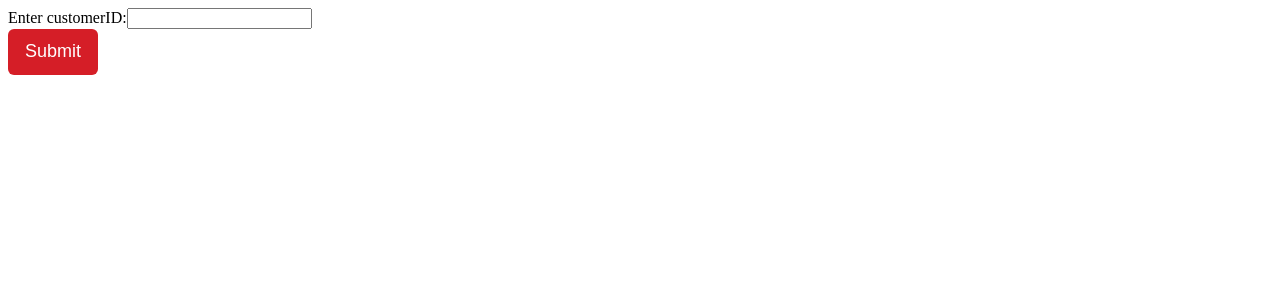
Repository: suma94/MyProjects
Page: http://localhost/SelfServiceSales/SuspendRestore.jsp
The author's editor kept a copy of each file at every save. The page is drawn from the files as they stood at one save, then again after the next save.
The browser window is 1280 px wide. The pictures show the whole page.
The page is served by Tomcat 9. Other server files are loaded and not shown.

Above is the page before, as saved 2015-08-26 04:49:31.

### SelfServiceSales/WebContent/SuspendRestore.jsp
<%@ page language="java" contentType="text/html; charset=ISO-8859-1"
    pageEncoding="ISO-8859-1"%>
<!DOCTYPE html PUBLIC "-//W3C//DTD HTML 4.01 Transitional//EN" "http://www.w3.org/TR/html4/loose.dtd">
<html>
<head>
<meta http-equiv="Content-Type" content="text/html; charset=ISO-8859-1">
<link rel="stylesheet" type="text/css" href="styles.css">
<title>Insert title here</title>
</head>
<body>
<form action="Suspend" method="post">
Enter customerID:<input type="text" name="customerID"><br>
<input type="submit"  value="Submit"name="Suspend" class="vzbtn">
</form>
</body>
</html>

### SelfServiceSales/WebContent/styles.css
.vz-standard-font
{
	font-family:arial;
}
.vzh1
{
	font-family:arial;
	font-style:bold;
	font-size:28px;
	color:#B00000;
}
.vzh2
{
	font-family:arial;
	font-style:bold;
	font-size:24px;
	color:#B00000;
}
.vzh3
{
	font-family:arial;
	font-style:bold;
	font-size:21.33px;
	color:#333333;
}
.vzh4
{
	font-family:arial;
	font-style:bold;
	font-size:18.66px;
	color:#333333;

}
.vzh5
{
	font-family:arial;
	font-style:bold;
	font-size:16px;
	color:#333333;
}
.vzh6
{
	font-family:arial;
	font-style:bold;
	font-size:14.66px;
	color:#333333;
}
.vzred
{
	color:#ED1C24;
}
.vzdarkgrey
{
	color:#595A5D;
}
.vzgrey
{
	color:#D2D3D4;
}
.vzlightgrey
{
	color:#ECEDEE;
}
.vzsecondary1
{
	color:rgb(115,185,176);
}
.vzsecondary2
{
	color:rgb(259,223,76);
}
.vzsecondary3
{
	color:rgb(74,154,77);
}.vzsecondary4
{
	color:rgb(46,103,178);
}
.vzsecondary5
{
	color:rgb(196,159,57);
}
.vzsecondary6
{
	color:rgb(210,102,159);
}
.vzsecondary7
{
	color:rgb(127,52,131);
}
.vzsecondary8
{
	color:rgb(49,149,169);
}
a.vzlink:link {
     font-family:Arial; color:#0066CC; text-decoration:underline;
}

/* visited link */
a.vzlink:visited {
  font-family:Arial; color:#990099; text-decoration:none;

}

/* mouse over link */
a .vzlink:hover {
   font-family:Arial; color:#0066CC; text-decoration:underline;
}

/* selected link */
a.vzlink:active {
font-family:Arial; color:#B00000; text-decoration:none;
}

.vzbtn {
  -webkit-border-radius: 6;
  -moz-border-radius: 6;
 padding: 10px 16px;
font-size: 18px;
line-height: 1.33333;
border-radius: 6px;
margin-bottom: 0px;
font-weight: 400;
text-align: center;
white-space: nowrap;
vertical-align: middle;
cursor: pointer;
-moz-user-select: none;
background-image: none;
border: 1px solid transparent;

  font-family: Arial;
  color: #ffffff;

  background: #d51e27;

  text-decoration: none;
}
.vzbtn:focus {outline:0;}

.vzbtn:hover {
  text-decoration: none;
}
.vzbtnsmall {
  -webkit-border-radius: 3;
  -moz-border-radius: 3;
  padding: 5px 10px;
    padding-top: 5px;
    padding-right: 10px;
    padding-bottom: 5px;
    padding-left: 10px;
font-size: 12px;
line-height: 1.5;
border-radius: 3px;
display: inline-block;
margin-bottom: 0px;
font-weight: 400;
text-align: center;
white-space: nowrap;
vertical-align: middle;
cursor: pointer;
-moz-user-select: none;
background-image: none;
border: 1px solid transparent;

  font-family: Arial;
  color: #ffffff;

  background: #d51e27;

  text-decoration: none;
}
.vzbtnsmall:focus {outline:0;}

.vzbtnsmall:hover {
  text-decoration: none;
}
.vzbtnmedium {
	padding: 6px 12px;
margin-bottom: 0px;
font-size: 14px;
font-weight: 400;
line-height: 1.42857;
text-align: center;
white-space: nowrap;
vertical-align: middle;
cursor: pointer;
-moz-user-select: none;
background-image: none;
border: 1px solid transparent;
border-radius: 4px;
  -webkit-border-radius: 4;
  -moz-border-radius: 4;



  font-family: Arial;
  color: #ffffff;

  background: #d51e27;

  text-decoration: none;
}
.vzbtnmedium:focus {outline:0;}

.vzbtnmedium:hover {
  text-decoration: none;
}
.vzbtnxsmall {
	padding: 1px 5px;
    padding-top: 1px;
    padding-right: 5px;
    padding-bottom: 1px;
    padding-left: 5px;
font-size: 12px;
line-height: 1.5;
border-radius: 3px;
	display: inline-block;
margin-bottom: 0px;
font-weight: 400;
text-align: center;
white-space: nowrap;
vertical-align: middle;
cursor: pointer;
-moz-user-select: none;
background-image: none;
border: 1px solid transparent;

border-radius: 3px;
  -webkit-border-radius: 3;
  -moz-border-radius: 3;



  font-family: Arial;
  color: #ffffff;

  background: #d51e27;

  text-decoration: none;
}
.vzbtnxsmall:focus {outline:0;}

.vzbtnxsmall:hover {
  text-decoration: none;
}
.vzbtn1{
  -webkit-border-radius: 6;
  -moz-border-radius: 6;
 padding: 10px 16px;
font-size: 18px;
line-height: 1.33333;
border-radius: 6px;
margin-bottom: 0px;
font-weight: 400;
text-align: center;
white-space: nowrap;
vertical-align: middle;
cursor: pointer;
-moz-user-select: none;
background-image: none;
border: 1px solid transparent;

  font-family: Arial;
  color: #ffffff;

  background: #464a4f;

  text-decoration: none;
}
.vzbtn1:focus {outline:0;}

.vzbtn1:hover {
  text-decoration: none;
}
.vzbtn1small {
  -webkit-border-radius: 3;
  -moz-border-radius: 3;
  padding: 5px 10px;
    padding-top: 5px;
    padding-right: 10px;
    padding-bottom: 5px;
    padding-left: 10px;
font-size: 12px;
line-height: 1.5;
border-radius: 3px;
display: inline-block;
margin-bottom: 0px;
font-weight: 400;
text-align: center;
white-space: nowrap;
vertical-align: middle;
cursor: pointer;
-moz-user-select: none;
background-image: none;
border: 1px solid transparent;

  font-family: Arial;
  color: #ffffff;

  background: #464a4f;

  text-decoration: none;
}
.vzbtn1small:focus {outline:0;}

.vzbtn1small:hover {
  text-decoration: none;
}
.vzbtn1medium {
	padding: 6px 12px;
margin-bottom: 0px;
font-size: 14px;
font-weight: 400;
line-height: 1.42857;
text-align: center;
white-space: nowrap;
vertical-align: middle;
cursor: pointer;
-moz-user-select: none;
background-image: none;
border: 1px solid transparent;
border-radius: 4px;
  -webkit-border-radius: 4;
  -moz-border-radius: 4;



  font-family: Arial;
  color: #ffffff;

  background: #464a4f;

  text-decoration: none;
}
.vzbtn1medium:focus {outline:0;}

.vzbtn1medium:hover {
  text-decoration: none;
}
.vzbtn1xsmall {
	padding: 1px 5px;
    padding-top: 1px;
    padding-right: 5px;
    padding-bottom: 1px;
    padding-left: 5px;
font-size: 12px;
line-height: 1.5;
border-radius: 3px;
	display: inline-block;
margin-bottom: 0px;
font-weight: 400;
text-align: center;
white-space: nowrap;
vertical-align: middle;
cursor: pointer;
-moz-user-select: none;
background-image: none;
border: 1px solid transparent;

border-radius: 3px;
  -webkit-border-radius: 3;
  -moz-border-radius: 3;



  font-family: Arial;
  color: #ffffff;

  background: #464a4f;

  text-decoration: none;
}
.vzbtn1xsmall:focus {outline:0;}

.vzbtnx1small:hover {
  text-decoration: none;
}


.vzbtn2{
  -webkit-border-radius: 7;
  -moz-border-radius: 7;
  border-radius: 7px;

  font-family: Arial;
  color: #818181;
  font-size: 14px;
  background: #e3e6e5;
  padding: 10px 20px 10px 20px;
  text-decoration: none;
}
.vzbtn2:focus {outline:0;}
.vzbtn2:hover {
  text-decoration: none;
}
.vzbtn2{
  -webkit-border-radius: 6;
  -moz-border-radius: 6;
 padding: 10px 16px;
font-size: 18px;
line-height: 1.33333;
border-radius: 6px;
margin-bottom: 0px;
font-weight: 400;
text-align: center;
white-space: nowrap;
vertical-align: middle;
cursor: pointer;
-moz-user-select: none;
background-image: none;
border: 1px solid transparent;

  font-family: Arial;
  color: #ffffff;

  background: #e3e6e5;

  text-decoration: none;
}
.vzbtn2:focus {outline:0;}

.vzbtn2:hover {
  text-decoration: none;
}
.vzbtn2small {
  -webkit-border-radius: 3;
  -moz-border-radius: 3;
  padding: 5px 10px;
    padding-top: 5px;
    padding-right: 10px;
    padding-bottom: 5px;
    padding-left: 10px;
font-size: 12px;
line-height: 1.5;
border-radius: 3px;
display: inline-block;
margin-bottom: 0px;
font-weight: 400;
text-align: center;
white-space: nowrap;
vertical-align: middle;
cursor: pointer;
-moz-user-select: none;
background-image: none;
border: 1px solid transparent;

  font-family: Arial;
  color: #ffffff;

  background: #e3e6e5;

  text-decoration: none;
}
.vzbtn2small:focus {outline:0;}

.vzbtn2small:hover {
  text-decoration: none;
}
.vzbtn2medium {
	padding: 6px 12px;
margin-bottom: 0px;
font-size: 14px;
font-weight: 400;
line-height: 1.42857;
text-align: center;
white-space: nowrap;
vertical-align: middle;
cursor: pointer;
-moz-user-select: none;
background-image: none;
border: 1px solid transparent;
border-radius: 4px;
  -webkit-border-radius: 4;
  -moz-border-radius: 4;



  font-family: Arial;
  color: #ffffff;

  background: #e3e6e5;

  text-decoration: none;
}
.vzbtn2medium:focus {outline:0;}

.vzbtn2medium:hover {
  text-decoration: none;
}
.vzbtn2xsmall {
	padding: 1px 5px;
    padding-top: 1px;
    padding-right: 5px;
    padding-bottom: 1px;
    padding-left: 5px;
font-size: 12px;
line-height: 1.5;
border-radius: 3px;
	display: inline-block;
margin-bottom: 0px;
font-weight: 400;
text-align: center;
white-space: nowrap;
vertical-align: middle;
cursor: pointer;
-moz-user-select: none;
background-image: none;
border: 1px solid transparent;

border-radius: 3px;
  -webkit-border-radius: 3;
  -moz-border-radius: 3;



  font-family: Arial;
  color: #ffffff;

  background: #e3e6e5;

  text-decoration: none;
}
.vzbtn2xsmall:focus {outline:0;}

.vzbtnx2small:hover {
  text-decoration: none;
}

.vztext {
  display: inline-block;
  -webkit-box-sizing: content-box;
  -moz-box-sizing: content-box;
  box-sizing: content-box;
  padding: 10px 20px;
  border: 1px solid #b7b7b7;
  -webkit-border-radius: 3px;
  border-radius: 3px;
  font: normal 14px/normal Arial, Helvetica, sans-serif;
  color: rgba(40,40,40,1);
  -o-text-overflow: clip;
  text-overflow: clip;
  background: #ecf0f1;
  -webkit-box-shadow: 2px 2px 2px 0 rgba(0,0,0,0.2) inset;
  box-shadow: 2px 2px 2px 0 rgba(0,0,0,0.2) inset;
  text-shadow: 1px 1px 0 rgba(255,255,255,0.66) ;
  -webkit-transition: all 200ms cubic-bezier(0.42, 0, 0.58, 1);
  -moz-transition: all 200ms cubic-bezier(0.42, 0, 0.58, 1);
  -o-transition: all 200ms cubic-bezier(0.42, 0, 0.58, 1);
  transition: all 200ms cubic-bezier(0.42, 0, 0.58, 1);
}

.vztextarea
{

background:#ecf0f1;
color: rgba(40,40,40,1);
border:1px solid #DCDCDC;
border-radius:2px ;
font-size:12px ;
width: 222px ;
padding: 2px ;
box-shadow: 2px 2px 2px 0 rgba(0,0,0,0.2) inset;
-webkit-box-shadow: -2px 0px 8px #DCDCDC;
-moz-box-shadow: -2px 0px 8px #DCDCDC;
}
.vztextarea:focus, input:focus{
    outline: 0;
}
.vztable {
	margin:0px;padding:0px;
	width:100%;
	border:1px solid #000000;

	-moz-border-radius-bottomleft:6px;
	-webkit-border-bottom-left-radius:6px;
	border-bottom-left-radius:6px;

	-moz-border-radius-bottomright:6px;
	-webkit-border-bottom-right-radius:6px;
	border-bottom-right-radius:6px;

	-moz-border-radius-topright:6px;
	-webkit-border-top-right-radius:6px;
	border-top-right-radius:6px;

	-moz-border-radius-topleft:6px;
	-webkit-border-top-left-radius:6px;
	border-top-left-radius:6px;
}.vztable table{
    border-collapse: collapse;
        border-spacing: 0;
	width:100%;
	height:100%;
	margin:0px;padding:0px;
}.vztable tr:last-child td:last-child {
	-moz-border-radius-bottomright:6px;
	-webkit-border-bottom-right-radius:6px;
	border-bottom-right-radius:6px;
}
.vztable table tr:first-child td:first-child {
	-moz-border-radius-topleft:6px;
	-webkit-border-top-left-radius:6px;
	border-top-left-radius:6px;
}
.vztable table tr:first-child td:last-child {
	-moz-border-radius-topright:6px;
	-webkit-border-top-right-radius:6px;
	border-top-right-radius:6px;
}.vztable tr:last-child td:first-child{
	-moz-border-radius-bottomleft:6px;
	-webkit-border-bottom-left-radius:6px;
	border-bottom-left-radius:6px;
}.vztable tr:hover td{

}
.vztable tr:nth-child(odd){ background-color:#f3f3f5; }
.vztable tr:nth-child(even)    { background-color:#ffffff; }.vztable td{
	vertical-align:middle;


	border:1px solid #000000;
	border-width:0px 1px 1px 0px;
	text-align:center;
	padding:10px;
	font-size:13px;
	font-family:Arial;
	font-weight:normal;
	color:#000000;
}.vztable tr:last-child td{
	border-width:0px 1px 0px 0px;
}.vztable tr td:last-child{
	border-width:0px 0px 1px 0px;
}.vztable tr:last-child td:last-child{
	border-width:0px 0px 0px 0px;
}
.vztable tr:first-child td{
		background:-o-linear-gradient(bottom, #595a5d 5%, #595a5d 100%);	background:-webkit-gradient( linear, left top, left bottom, color-stop(0.05, #595a5d), color-stop(1, #595a5d) );
	background:-moz-linear-gradient( center top, #595a5d 5%, #595a5d 100% );
	filter:progid:DXImageTransform.Microsoft.gradient(startColorstr="#595a5d", endColorstr="#595a5d");	background: -o-linear-gradient(top,#595a5d,595a5d);

	background-color:#595a5d;
	border:0px solid #000000;
	text-align:center;
	border-width:0px 0px 1px 1px;
	font-size:14px;
	font-family:Arial;
	font-weight:bold;
	color:#ffffff;
}
.vztable tr:first-child:hover td{
	background:-o-linear-gradient(bottom, #595a5d 5%, #595a5d 100%);	background:-webkit-gradient( linear, left top, left bottom, color-stop(0.05, #595a5d), color-stop(1, #595a5d) );
	background:-moz-linear-gradient( center top, #595a5d 5%, #595a5d 100% );
	filter:progid:DXImageTransform.Microsoft.gradient(startColorstr="#595a5d", endColorstr="#595a5d");	background: -o-linear-gradient(top,#595a5d,595a5d);

	background-color:#595a5d;
}
.vztable tr:first-child td:first-child{
	border-width:0px 0px 1px 0px;
}
.vztable tr:first-child td:last-child{
	border-width:0px 0px 1px 1px;
}

.vztable1 {
	margin:0px;padding:0px;
	width:100%;
	border:1px solid #000000;

	-moz-border-radius-bottomleft:6px;
	-webkit-border-bottom-left-radius:6px;
	border-bottom-left-radius:6px;

	-moz-border-radius-bottomright:6px;
	-webkit-border-bottom-right-radius:6px;
	border-bottom-right-radius:6px;

	-moz-border-radius-topright:6px;
	-webkit-border-top-right-radius:6px;
	border-top-right-radius:6px;

	-moz-border-radius-topleft:6px;
	-webkit-border-top-left-radius:6px;
	border-top-left-radius:6px;
}.vztable1 table{
    border-collapse: collapse;
        border-spacing: 0;
	width:100%;
	height:100%;
	margin:0px;padding:0px;
}.vztable1 tr:last-child td:last-child {
	-moz-border-radius-bottomright:6px;
	-webkit-border-bottom-right-radius:6px;
	border-bottom-right-radius:6px;
}
.vztable1 table tr:first-child td:first-child {
	-moz-border-radius-topleft:6px;
	-webkit-border-top-left-radius:6px;
	border-top-left-radius:6px;
}
.vztable1 table tr:first-child td:last-child {
	-moz-border-radius-topright:6px;
	-webkit-border-top-right-radius:6px;
	border-top-right-radius:6px;
}.vztable1 tr:last-child td:first-child{
	-moz-border-radius-bottomleft:6px;
	-webkit-border-bottom-left-radius:6px;
	border-bottom-left-radius:6px;
}.vztable1 tr:hover td{

}
.vztable1 tr:nth-child(odd){ background-color:#f3f3f5; }
.vztable1 tr:nth-child(even)    { background-color:#ffffff; }.vztable1 td{
	vertical-align:middle;


	border:1px solid #000000;
	border-width:0px 1px 1px 0px;
	text-align:center;
	padding:10px;
	font-size:13px;
	font-family:Arial;
	font-weight:normal;
	color:#000000;
}.vztable1 tr:last-child td{
	border-width:0px 1px 0px 0px;
}.vztable1 tr td:last-child{
	border-width:0px 0px 1px 0px;
}.vztable1 tr:last-child td:last-child{
	border-width:0px 0px 0px 0px;
}
.vztable1 tr:first-child td{
		/* background:-o-linear-gradient(bottom, #595a5d 5%, #595a5d 100%);	background:-webkit-gradient( linear, left top, left bottom, color-stop(0.05, #595a5d), color-stop(1, #595a5d) );
	background:-moz-linear-gradient( center top, #595a5d 5%, #595a5d 100% ); */
	filter:progid:DXImageTransform.Microsoft.gradient(startColorstr="#595a5d", endColorstr="#595a5d");	background: -o-linear-gradient(top,#595a5d,595a5d);


	border:0px solid #000000;
	text-align:center;
	border-width:0px 0px 1px 1px;
	font-size:14px;
	font-family:Arial;


}
/* .vztable1 tr:first-child:hover td{
	background:-o-linear-gradient(bottom, #595a5d 5%, #595a5d 100%);	background:-webkit-gradient( linear, left top, left bottom, color-stop(0.05, #595a5d), color-stop(1, #595a5d) );
	background:-moz-linear-gradient( center top, #595a5d 5%, #595a5d 100% );
	filter:progid:DXImageTransform.Microsoft.gradient(startColorstr="#595a5d", endColorstr="#595a5d");	background: -o-linear-gradient(top,#595a5d,595a5d);

	background-color:#595a5d;
} */
.vztable1 tr:first-child td:first-child{
	border-width:0px 0px 1px 0px;
}
.vztable1 tr:first-child td:last-child{
	border-width:0px 0px 1px 1px;
}


.vzresponsive-container { position: relative; padding-bottom: 56.25%; padding-top: 30px; height: 0; overflow: hidden; }

.vzresponsive-container iframe { position: absolute; top: 0; left: 0; width: 100%; height: 100%; }
.vzlogoContainer {
  width: 20%;
}
.vzlogoContainer img {
max-width: 100%;
}
input[type=radio], input[type=checkbox] {
	    display:none;
	}
input[type=radio] + label:before {
	    content: "";
	    display: inline-block;
	    width: 15px;
	    height: 15px;
	    vertical-align:middle;
	    margin-right: 8px;
	    background-color: #aaa;
	    box-shadow: inset 0px 2px 2px rgba(0, 0, 0, .3);
	    border-radius: 8px;
	}
input[type=checkbox] + label:before {
	    content: "";
	    display: inline-block;
	    width: 15px;
	    height: 15px;
	    vertical-align:middle;
	    margin-right: 8px;
	    background-color: #aaa;
	    box-shadow: inset 0px 2px 2px rgba(0, 0, 0, .3);
	    border-radius: 4px;
	}
input[type=radio]:checked + label:before {
		content: "\2022";
		color:white;
	    background-color: #666;
		font-size:1.8em;
		text-align:center;
		line-height:14px;
		text-shadow:0px 0px 3px #eee;
	}
input[type=checkbox]:checked + label:before {
		content:"\2714";
		color:white;
	    background-color: #666;
		text-align:center;
		line-height:15px;
	    text-shadow:0px 0px 3px #eee;
	}
	.vznavbar-inverse
	{
		background-color: #FFFFFF;
		}
.vznavbar-inverse .vznavbar-nav>.vzactive>a:hover,
.vznavbar-inverse .vznavbar-nav>li>a:hover,
.vznavbar-inverse .vznavbar-nav>li>a:focus
 {
	 background-color: #FFFFFF;
	 }
.vznavbar-inverse .vznavbar-nav>.vzactive>a,
.vznavbar-inverse .vznavbar-nav>.vzopen>a,
.vznavbar-inverse .vznavbar-nav>.vzopen>a,
.vznavbar-inverse .vznavbar-nav>.vzopen>a:hover,
.vznavbar-inverse .vznavbar-nav>.vzopen>a,
.vznavbar-inverse .vznavbar-nav>.vzopen>a:hover,
.vznavbar-inverse .vznavbar-nav>.vzopen>a:focus
{
	background-color: #FFFFFF;
	}
.vzdropdown-menu
{
	background-color: #D2D3D4;
	}
.vzdropdown-menu>li>a:hover,
.vzdropdown-menu>li>a:focus
{
	background-color: #080808;
	}
.vznavbar-inverse
{
	background-image: none;
	}
.vzdropdown-menu>li>a:hover,
.vzdropdown-menu>li>a:focus
{
	background-image: none;
	}
.vznavbar-inverse {
	border-color: #d2d3d4;
	}
.vznavbar-inverse .vznavbar-brand
{
	color: #994812;
	}
.vznavbar-inverse .vznavbar-brand:hover {
	color: #ED1C24
	}
.vznavbar-inverse .vznavbar-nav>li>a
{
	color: #080808;
	}
.vznavbar-inverse .vznavbar-nav>li>a:hover,
.vznavbar-inverse .vznavbar-nav>li>a:focus
{
	color: #ED1C24;
	}
.vznavbar-inverse .vznavbar-nav>.vzactive>a,
.vznavbar-inverse .vznavbar-nav>.vzopen>a,
.vznavbar-inverse .vznavbar-nav>.vzopen>a:hover,
.vznavbar-inverse .vznavbar-nav>.vzopen>a:focus
{
	color: #ED1C24;
	}
.vznavbar-inverse .vznavbar-nav>.vzactive>a:hover,
.vznavbar-inverse .vznavbar-nav>.vzactive>a:focus
{
	color: #ED1C24;
	}
.vzdropdown-menu>li>a
{
color: #080808;
}
.vzdropdown-menu>li>a:hover,
.vzdropdown-menu>li>a:focus
{
	color: #FFFFFF;
}
.vznavbar-inverse .vznavbar-nav>.vzdropdown>a .vzcaret
{
	border-top-color: #080808;
	}
.vznavbar-inverse .vznavbar-nav>.vzdropdown>a:hover .vzcaret
 {
	 border-top-color: #ED1C24;
	 }
.vznavbar-inverse .vznavbar-nav>.vzdropdown>a .vzcaret
{
	border-bottom-color: #080808;
	}
.vznavbar-inverse .vznavbar-nav>.vzdropdown>a:hover .vzcaret
{
	border-bottom-color: #ED1C24;
	}

.inputwrap label {
    display: inline-block;
    width: 100px;
    text-align: right;
}
.select-style {
    /* border: 1px solid #ccc; */
    width: 120px;
    border-radius: 3px;
    overflow: hidden;
    background:  url("menu-icon.png") no-repeat 90% 50%;
	background-color:#d2d3d4;
}

.select-style select {
    padding: 5px 8px;
    width: 130%;
    border: none;
    box-shadow: none;
    background:transparent;
    background-image: none;
    -webkit-appearance: none;
}


.select-style select:focus {
    outline: none;
}

.wrapper         {width:100%;height:100%;margin:0 auto;background:#ffffff}
.h_iframe        {position:relative;}
.h_iframe .ratio {display:block;width:100%;height:auto;}
.h_iframe iframe {position:absolute;top:0;left:0;width:100%; height:100%;}

After the next save:
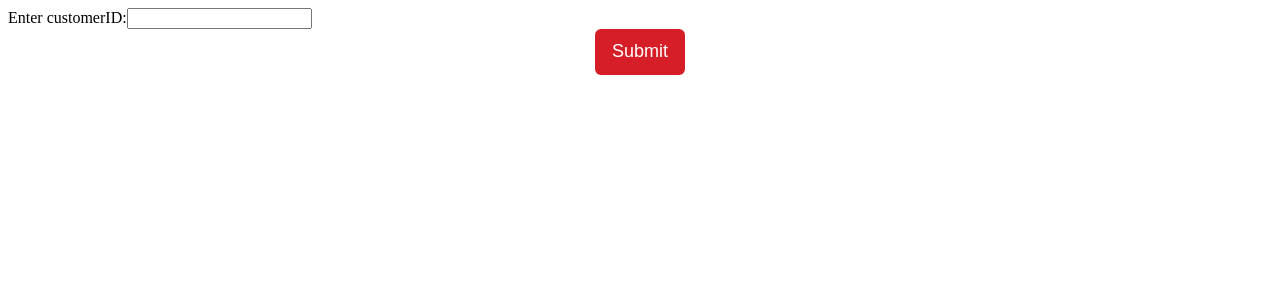
Saved 34 s later.
--- a/SelfServiceSales/WebContent/SuspendRestore.jsp
+++ b/SelfServiceSales/WebContent/SuspendRestore.jsp
@@ -9,8 +9,10 @@
 </head>
 <body>
 <form action="Suspend" method="post">
-Enter customerID:<input type="text" name="customerID"><br>
-<input type="submit"  value="Submit"name="Suspend" class="vzbtn">
+	Enter customerID:<input type="text" name="customerID"><br>
+	<center>
+		<input type="submit"  value="Submit"name="Suspend" class="vzbtn">
+	</center>
 </form>
 </body>
 </html>
